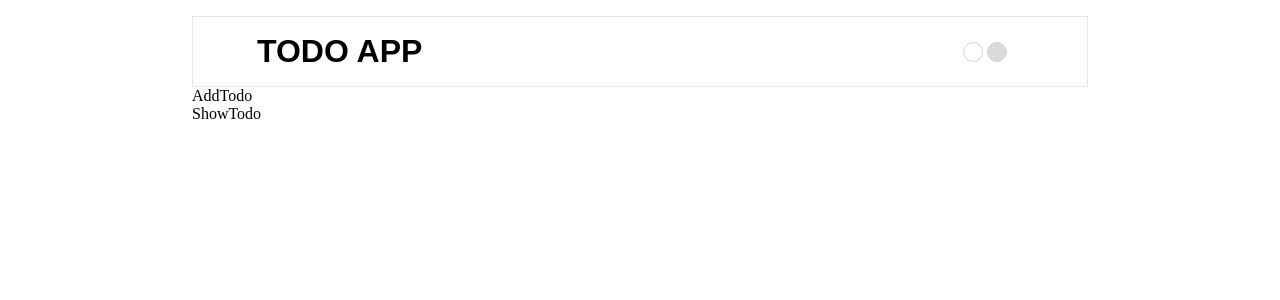
Repository: michalmilek/TodoApp
Page: /
An editor plug-in stored every save of this project. The page is shown before and after the next save, followed by the edit.
The browser window is 1280 px wide. The pictures show the whole page.
Some web fonts or font styles are not loaded; a fallback is used. The project was rebuilt for these pictures with package versions that can differ from the ones it lists, and the page was loaded fresh each time. Also part of the build but not shown: vite.config.js.

Above is the page before, as saved 2023-02-01 13:20:28.

After the next save:
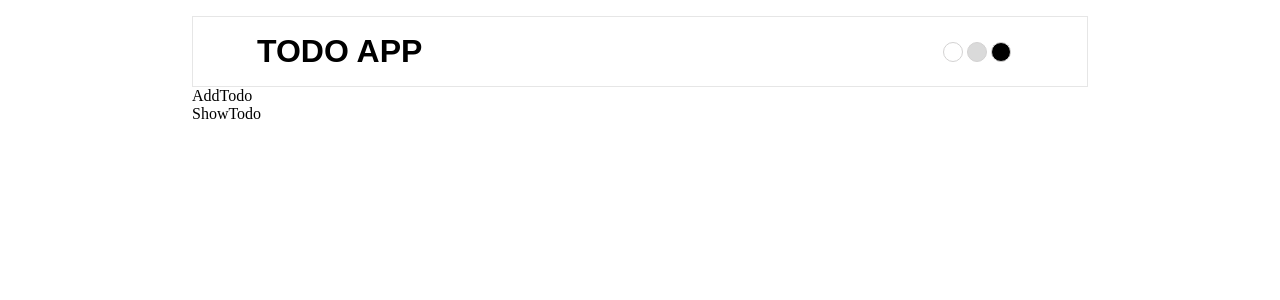
Saved 12 s later.
--- a/src/App.css
+++ b/src/App.css
@@ -34,3 +34,13 @@ header{
   border-radius: 50%;
   display: inline-block;
   }
+
+  .dark{
+
+      height: 20px;
+  width: 20px;
+  background-color: rgb(0, 0, 0);
+  border: 1px solid rgb(211, 210, 210);;
+  border-radius: 50%;
+  display: inline-block;
+  }
